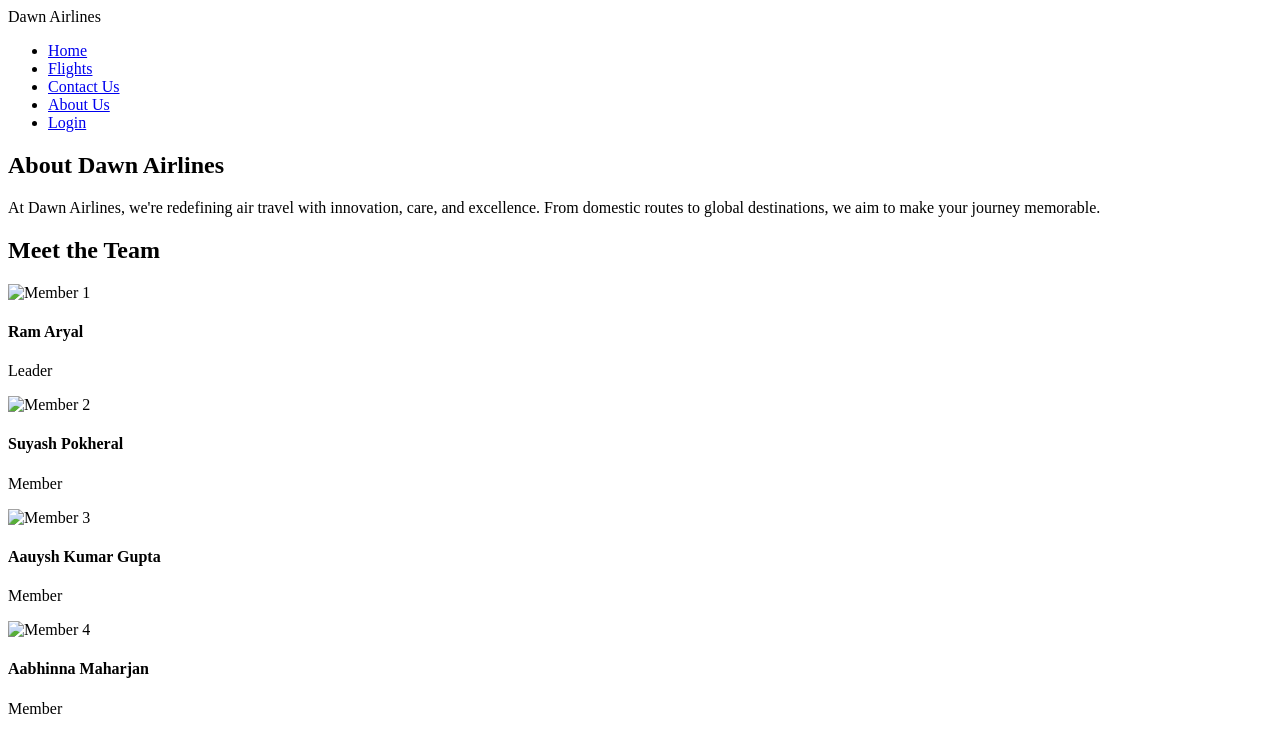
Repository: Ramaryal33/Airline-Management-System
Page: http://localhost/Airline_Management_System/About?v=1.0
These files come from the project's save history. The page is drawn as it stood at one moment and after the next save; the edit follows.
The browser window is 1280 px wide. The pictures show the whole page.
The page is served by Tomcat 10.

Above is the page before, as saved 2025-05-06 03:26:12.

After the next save:
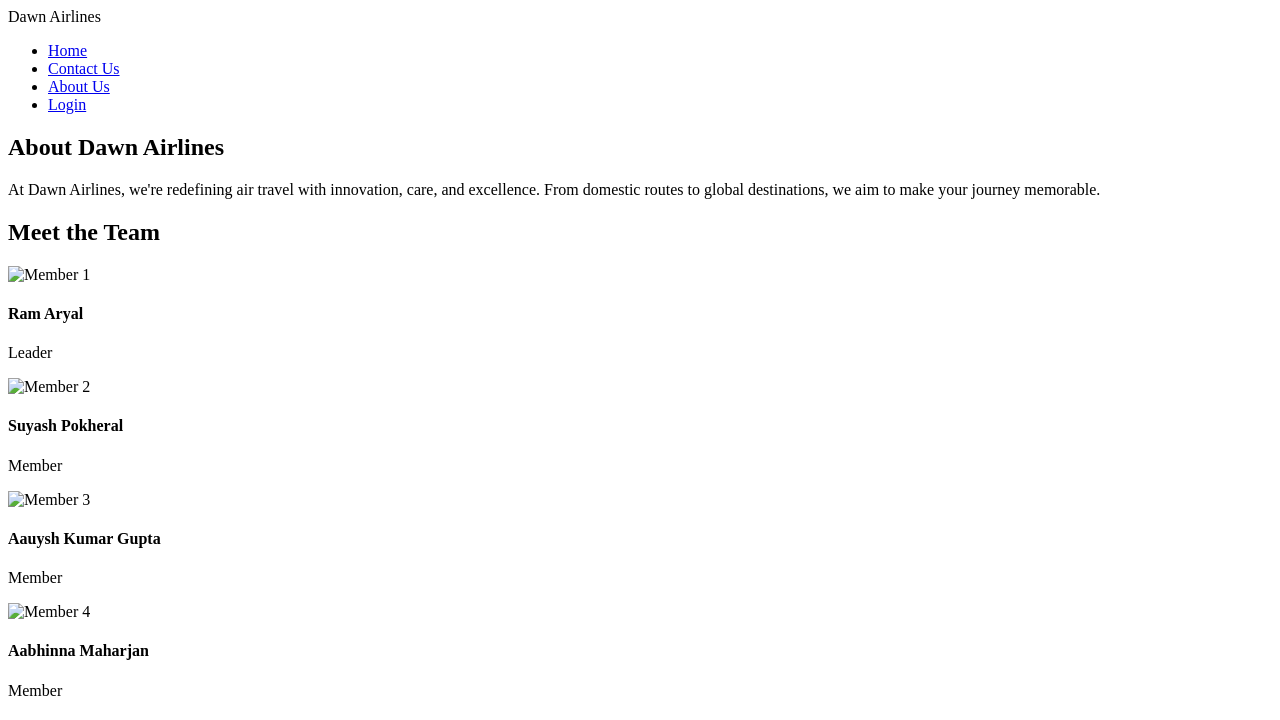
Saved 76 s later.
--- a/Airline_Management_System/src/main/webapp/WEB-INF/page/About.jsp
+++ b/Airline_Management_System/src/main/webapp/WEB-INF/page/About.jsp
@@ -16,7 +16,7 @@
     <nav>
       <ul>
         <li><a href="${pageContext.request.contextPath}/home">Home</a></li>
-        <li><a href="${pageContext.request.contextPath}/flight-details">Flights</a></li>
+
         <li><a href="${pageContext.request.contextPath}/contact">Contact Us</a></li>
         <li><a href="${pageContext.request.contextPath}/about" class="active">About Us</a></li>
         <li><a href="${pageContext.request.contextPath}/login">Login</a></li>
